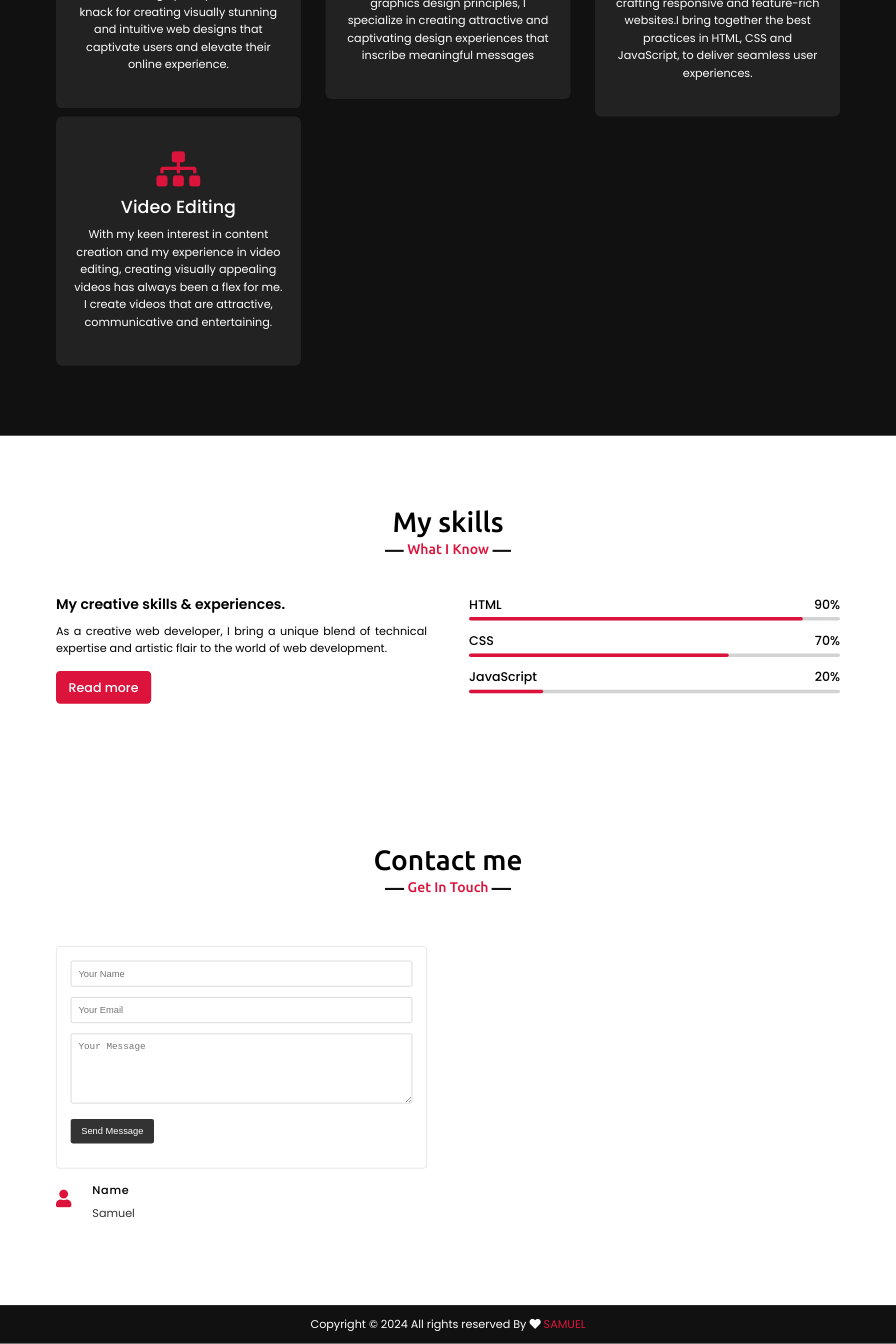
Repository: thedigitalwhizzy/JHF
Page: index.html
An editor plug-in stored every save of this project. The page is shown before and after the next save, followed by the edit.
The browser window is 1280 px wide. The pictures show the part of the page from y = 1918 to 3838 px (the page is 3838 px tall), at 70% of full size.
Backgrounds fixed to the window are drawn as part of the page.

Above is the page before, as saved 2024-06-22 15:24:26.

After the next save:
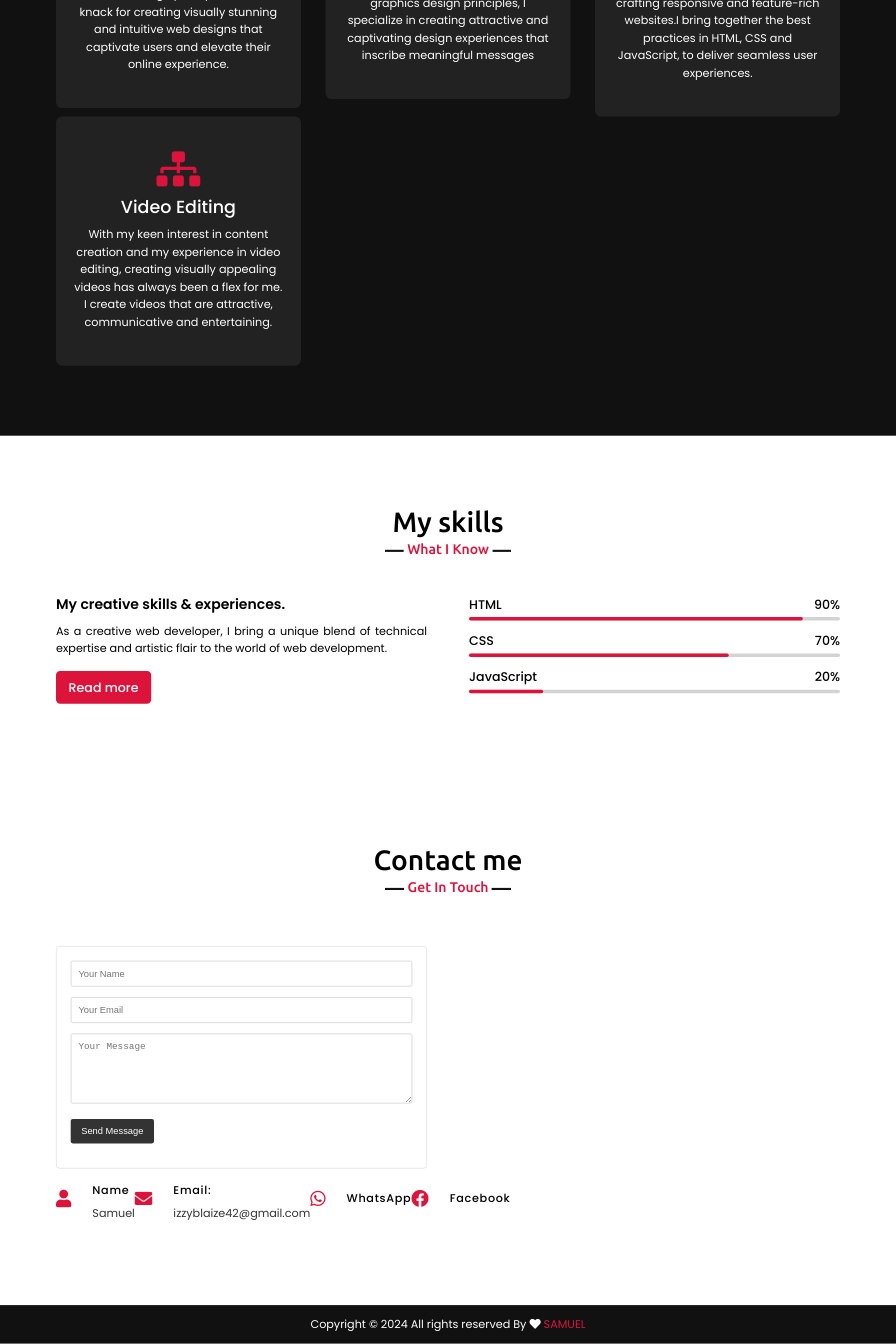
Saved 70 s later.
--- a/index.html
+++ b/index.html
@@ -185,10 +185,29 @@
                 <div class="sub-title">Samuel</div>
               </div>
             </div>
-            </div>
-        </div>
-      </div>
-    </div>
+            <div class="row">
+              <i class="fas fa-envelope"></i>
+              <div class="info">
+                <div class="head">Email:</div>
+                <div class="sub-title">izzyblaize42@gmail.com</div>
+              </div>
+            </div>
+            <div class="row">
+              <i class="fab fa-whatsapp"></i>
+              <div class="info">
+                <div class="head"><a style="color:#000" href="https://wa.link/4fl7y6">WhatsApp</a>
+                </div>
+              </div>
+            </div>
+            <div class="row">
+              <i class="fab fa-facebook"></i>
+              <div class="info">
+                <div class="head"><a style="color:black" href="https://www.facebook.com/profile.php?id=61552224441534&mibextid=9idTr45qYp7jtedz">Facebook</a></div>
+              </div>
+            </div>
+            </div>
+          </div>
+        </div>
   </section>
 
   <footer>
